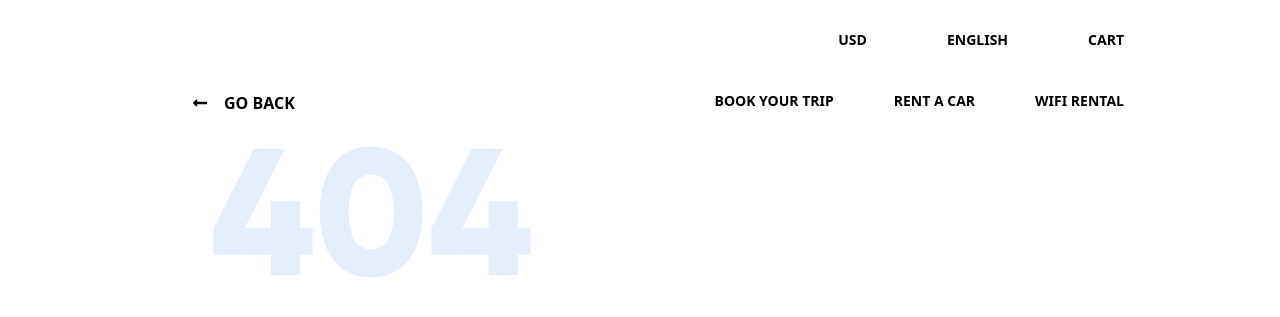
Repository: uh-sman/Iceland
Page: /
An editor plug-in stored every save of this project. The page is shown before and after the next save, followed by the edit.
The browser window is 1280 px wide. The pictures show the whole page.
The project was rebuilt for these pictures with package versions that can differ from the ones it lists, and the page was loaded fresh each time.

Above is the page before, as saved 2022-09-08 21:25:34.

### src/App.js
import logo from "./logo.svg";
import "./App.css";
import { Topnav } from "./components/Topnav";
import { FullNav } from "./components/FullNav";

function App() {
  return (
    <div className="App">
      <FullNav />
    </div>
  );
}

export default App;

### src/components/Topnav.js
import React from "react";

export const Topnav = () => {
  return (
    <div className="container w-full py-[30px]">
      <nav className="absolute right-[156px]">
        <ul className="space-x-20 text-sm font-semibold">
          <a href="">USD</a>
          <a href="">ENGLISH</a>
          <a href="">CART</a>
        </ul>
      </nav>
    </div>
  );
};

### src/components/FullNav.jsx
import React from "react";
import { Bottomnav } from "./Bottomnav";
import { Hero } from "./Hero";
import { Topnav } from "./Topnav";

export const FullNav = () => {
  return (
    <div>
      <Topnav />
      <Bottomnav />
      <Hero />
    </div>
  );
};

### src/components/Bottomnav.js
import React from "react";
import { FaLongArrowAltLeft } from "react-icons/fa";
export const Bottomnav = () => {
  return (
    <nav className="container w-full">
      <div className="py-[31px]">
        <div className="container">
          <h1 className="flex items-center gap-4 absolute left-[192px]">
            <FaLongArrowAltLeft />
            <a className=" cursor-pointer font-semibold text-md">GO BACK</a>
          </h1>
        </div>
        <div className="container">
          <div className="absolute right-[156px]">
            <ul className="space-x-[60px] text-sm font-semibold cursor-pointer">
              <a>BOOK YOUR TRIP</a>
              <a>RENT A CAR</a>
              <a>WIFI RENTAL</a>
            </ul>
          </div>
        </div>
      </div>
    </nav>
  );
};

### src/components/Hero.js
import React from "react";
import four from "../Assets/404.png";
export const Hero = () => {
  return (
    <div>
      <div>
        <img src={four} className="absolute left-[213px] top-[146px]" />
      </div>
    </div>
  );
};

### tailwind.config.js
/** @type {import('tailwindcss').Config} */
module.exports = {
  content: ["./src/**/*.{html,js,jsx}"],
  theme: {
    screens: {
      sm: "480px",
      md: "768px",
      lg: "976px",
      xl: "1440px",
    },
    extend: {},
  },
  plugins: [],
};

Loaded but not shown: public/index.html (common file); src/index.js (common file); src/index.css (common file); src/App.css (common file)

After the next save:
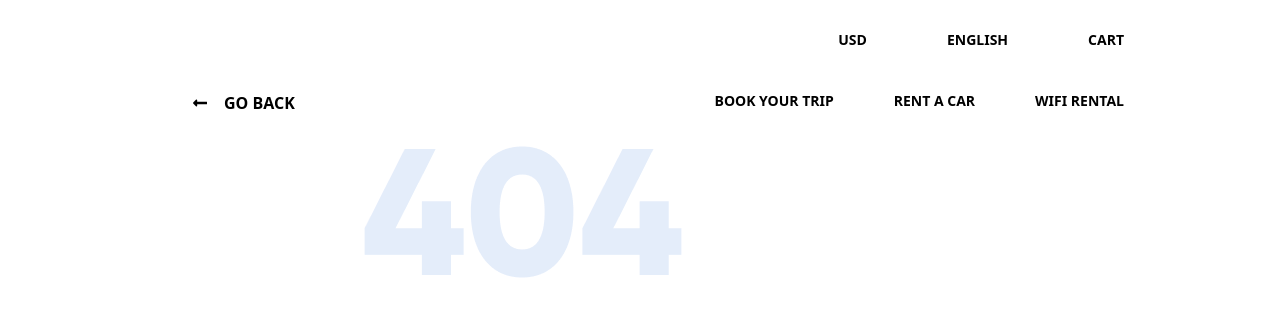
Saved 17 s later.
--- a/src/components/Hero.js
+++ b/src/components/Hero.js
@@ -4,7 +4,7 @@ export const Hero = () => {
   return (
     <div>
       <div>
-        <img src={four} className="absolute left-[213px] top-[146px]" />
+        <img src={four} className="absolute left-[364px] top-[146px]" />
       </div>
     </div>
   );
